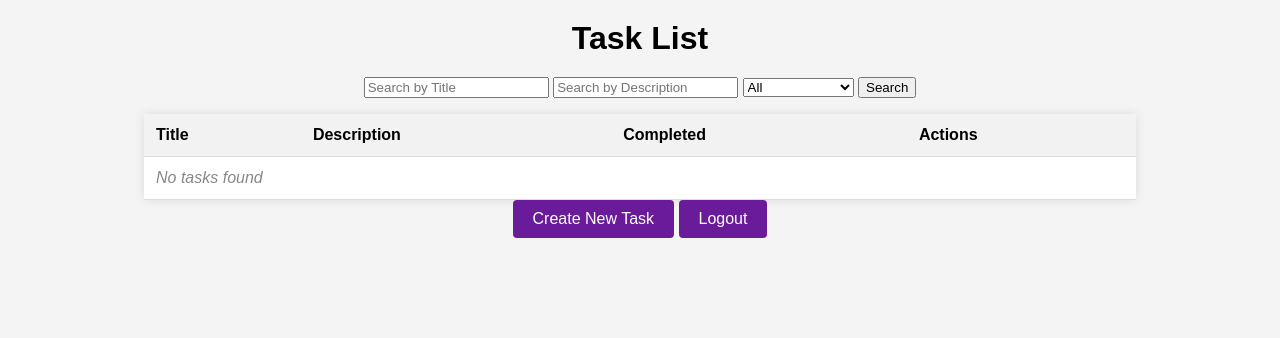
Repository: anchalsinghrajput/spring-MVC
Page: http://localhost/todoList/views/taskList.jsp
The author's editor kept a copy of each file at every save. The page is drawn from the files as they stood at one save, then again after the next save.
The browser window is 1280 px wide. The pictures show the whole page.
The page is served by Tomcat 10. Other server files are loaded and not shown.

Above is the page before, as saved 2023-11-16 07:56:30.

### todoList/src/main/webapp/views/taskList.jsp
<%@ page contentType="text/html;charset=UTF-8" language="java" %>
<%@ page import="java.util.List" %>
<%@ page import="com.infosys.anchal.todoList.entity.Task" %>
<%@ page import="java.util.ArrayList" %>
<html>
<head>
    <title>Task List</title>
    <style>
        body {
            font-family: Arial, sans-serif;
            background-color: #f4f4f4;
            margin: 0;
            padding: 20px;
            text-align: center;
        }
        h1 {
            margin-bottom: 20px;
        }
        table {
            width: 80%;
            margin: 0 auto;
            background-color: #fff;
            border-collapse: collapse;
            box-shadow: 0 0 10px rgba(0, 0, 0, 0.1);
        }
        th, td {
            padding: 12px;
            text-align: left;
            border-bottom: 1px solid #ddd;
        }
        th {
            background-color: #f2f2f2;
        }
        input[type="checkbox"] {
            cursor: pointer;
        }
        .button {
            display: inline-block;
            padding: 10px 20px;
            text-decoration: none;
            color: #fff;
            background-color: #6a1b9a;
            border: none;
            border-radius: 4px;
            cursor: pointer;
            transition: background-color 0.3s ease;
        }
        .button:hover {
            background-color: #9c27b0;
        }
        .no-tasks {
            font-style: italic;
            color: #888;
        }
        .action-links {
            white-space: nowrap;
        }
        .action-links a {
            display: inline-block;
            margin-right: 10px;
            margin-bottom: 10px;
        }
    </style>
</head>
<body>
    <h1>Task List</h1>

    <form action="/tasks" method="get">
        <input type="text" name="title" placeholder="Search by Title">
        <input type="text" name="description" placeholder="Search by Description">
        <select name="completed">
            <option value="">All</option>
            <option value="true">Completed</option>
            <option value="false">Not Completed</option>
        </select>
        <button type="submit">Search</button>
    </form>


    <table>
        <tr>
            <th>Title</th>
            <th>Description</th>
            <th>Completed</th>
            <th>Actions</th>
        </tr>

        <%
        List<Task> userTasks = (List<Task>) request.getAttribute("userTasks");
        if (userTasks != null && !userTasks.isEmpty()) {
            for (Task task : userTasks) {
        %>
            <tr>
                <td><%= task.getTitle() %></td>
                <td><%= task.getDescription() %></td>
                <td>
                 <input type="checkbox" <%= task.isCompleted() ? "checked" : "" %>/>
                </td>
                <td class="action-links">
                    <a href="/tasks/edit/<%= task.getId() %>" class="button">Edit</a>
                    <a href="/tasks/delete/<%= task.getId() %>" class="button">Delete</a>
                </td>
            </tr>
        <%
            }
        } else {
            out.println("<tr><td colspan='4' class='no-tasks'>No tasks found</td></tr>");
        }
        %>
    </table>

    <a href="/tasks/create" class="button">Create New Task</a>
    <a href="/logout" class="button">Logout</a>
</body>
</html>

After the next save:
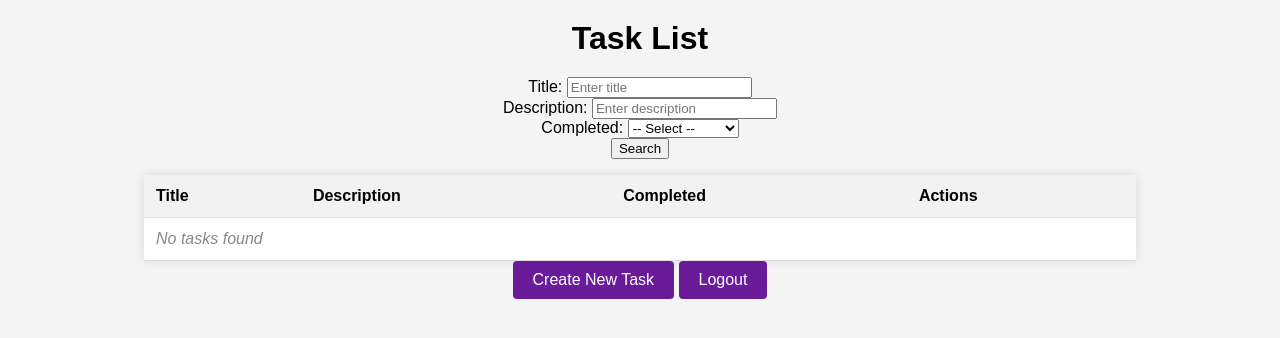
Saved 4 min 53 s later.
--- a/todoList/src/main/webapp/views/taskList.jsp
+++ b/todoList/src/main/webapp/views/taskList.jsp
@@ -65,17 +65,22 @@
 <body>
     <h1>Task List</h1>
 
-    <form action="/tasks" method="get">
-        <input type="text" name="title" placeholder="Search by Title">
-        <input type="text" name="description" placeholder="Search by Description">
-        <select name="completed">
-            <option value="">All</option>
-            <option value="true">Completed</option>
-            <option value="false">Not Completed</option>
-        </select>
-        <button type="submit">Search</button>
-    </form>
+    <form action="/tasks/search" method="get">
+    <label for="title">Title:</label>
+    <input type="text" id="title" name="title" placeholder="Enter title"><br>
 
+    <label for="description">Description:</label>
+    <input type="text" id="description" name="description" placeholder="Enter description"><br>
+
+    <label for="completed">Completed:</label>
+    <select id="completed" name="completed">
+        <option value="">-- Select --</option>
+        <option value="true">Completed</option>
+        <option value="false">Not Completed</option>
+    </select><br>
+
+    <button type="submit">Search</button>
+</form>
 
     <table>
         <tr>
